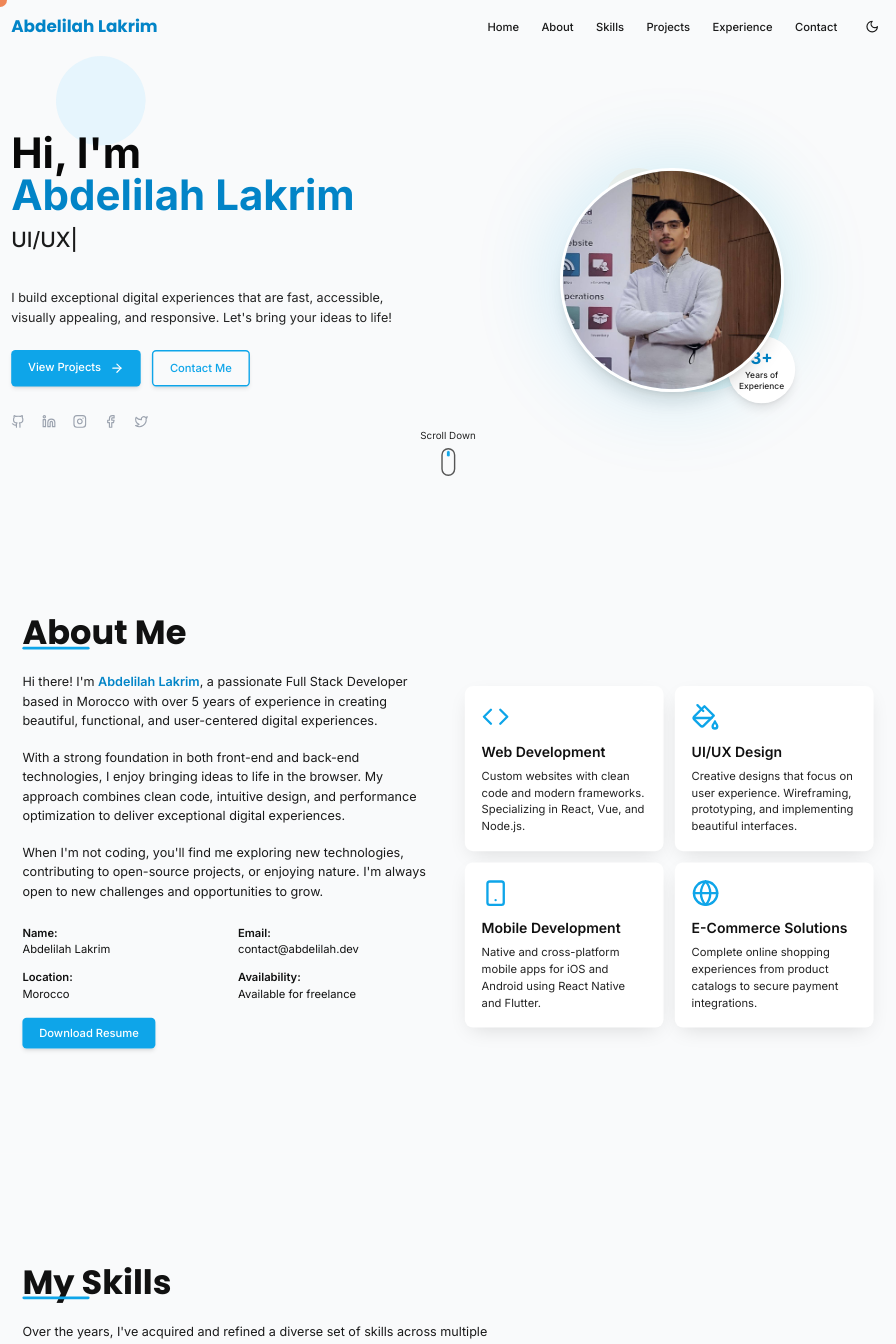
Repository: Abdelilah-Lakrim/Personal_Portfolio
Page: /
These files come from the project's save history. The page is drawn as it stood at one moment and after a run of saves; the edit follows.
The browser window is 1280 px wide. The pictures show the part of the page from y = 0 to 1920 px (the page is 7905 px tall), at 70% of full size.
The project was rebuilt for these pictures with package versions that can differ from the ones it lists, and the page was loaded fresh each time. Also part of the build but not shown: vite.config.ts.

Above is the page before, as saved 2025-05-21 12:32:50.

### index.html
<!doctype html>
<html lang="en">
  <head>
    <meta charset="UTF-8" />
    <link rel="icon" type="image/svg+xml" href="/favicon.svg" />
    <meta name="viewport" content="width=device-width, initial-scale=1.0" />
    <meta name="description" content="Abdelilah Lakrim - Full Stack Developer Portfolio">
    <title>Abdelilah Lakrim | Full Stack Developer</title>
  </head>
  <body>
    <div id="root"></div>
    <script type="module" src="/src/main.tsx"></script>
  </body>
</html>

### src/App.tsx
import React, { useEffect, useState } from 'react';
import Header from './components/Header';
import Hero from './components/Hero';
import About from './components/About';
import Projects from './components/Projects';
import Experience from './components/Experience';
import Skills from './components/Skills';
import Contact from './components/Contact';
import Footer from './components/Footer';
import Cursor from './components/Cursor';
import ScrollToTop from './components/ScrollToTop';

// Import smooth scrolling
import Lenis from '@studio-freight/lenis';

function App() {
  const [mounted, setMounted] = useState(false);

  useEffect(() => {
    // Initialize smooth scrolling
    const lenis = new Lenis({
      duration: 1.2,
      easing: (t) => Math.min(1, 1.001 - Math.pow(2, -10 * t)),
      orientation: 'vertical',
      gestureOrientation: 'vertical',
      smoothWheel: true,
      smoothTouch: false,
      touchMultiplier: 2,
    });

    function raf(time: number) {
      lenis.raf(time);
      requestAnimationFrame(raf);
    }

    requestAnimationFrame(raf);

    // Add intersection observer for animation on scroll
    const observer = new IntersectionObserver(
      (entries) => {
        entries.forEach((entry) => {
          if (entry.isIntersecting) {
            entry.target.classList.add('animate-visible');
          }
        });
      },
      { threshold: 0.1 }
    );

    const hiddenElements = document.querySelectorAll('.animate-hidden');
    hiddenElements.forEach((el) => observer.observe(el));

    setMounted(true);

    return () => {
      // Cleanup
      hiddenElements.forEach((el) => observer.unobserve(el));
    };
  }, []);

  return (
    <div className="hidden-cursor min-h-screen bg-gray-50">
      {mounted && <Cursor />}
      <Header />
      <main>
        <Hero />
        <About />
        <Skills />
        <Projects />
        <Experience />
        <Contact />
      </main>
      <Footer />
      <ScrollToTop />
    </div>
  );
}

export default App;

### src/index.css
@import url('https://fonts.googleapis.com/css2?family=Inter:wght@300;400;500;600;700&family=Poppins:wght@500;600;700&display=swap');

@tailwind base;
@tailwind components;
@tailwind utilities;

:root {
  --cursor-color: rgba(14, 165, 233, 0.7);
}

* {
  margin: 0;
  padding: 0;
  box-sizing: border-box;
  scroll-behavior: smooth;
}

body {
  @apply bg-gray-50 text-dark-800 font-sans overflow-x-hidden;
}

/* Custom cursor styles */
.custom-cursor {
  position: fixed;
  width: 20px;
  height: 20px;
  border-radius: 50%;
  background-color: var(--cursor-color);
  transform: translate(-50%, -50%);
  pointer-events: none;
  z-index: 9999;
  mix-blend-mode: difference;
  transition: transform 0.2s ease-out, opacity 0.2s ease-out, width 0.2s ease-out, height 0.2s ease-out;
}

.custom-cursor.hover {
  width: 50px;
  height: 50px;
  opacity: 0.5;
}

.hidden-cursor {
  cursor: none;
}

/* Custom scrollbar */
::-webkit-scrollbar {
  width: 8px;
}

::-webkit-scrollbar-track {
  @apply bg-gray-100;
}

::-webkit-scrollbar-thumb {
  @apply bg-primary-500 rounded-full;
}

::-webkit-scrollbar-thumb:hover {
  @apply bg-primary-600;
}

/* Section styles */
.section-container {
  @apply max-w-7xl mx-auto px-4 sm:px-6 lg:px-8 py-20;
}

.section-title {
  @apply text-3xl md:text-4xl lg:text-5xl font-bold font-heading mb-8 text-dark-800 relative;
}

.section-title::after {
  content: '';
  @apply absolute bottom-0 left-0 w-24 h-1 bg-primary-500 mt-2 rounded-full;
}

/* Button styles */
.btn-primary {
  @apply px-6 py-3 bg-primary-500 text-white font-medium rounded-md shadow-md hover:bg-primary-600 transition-all duration-300 transform hover:-translate-y-1 focus:outline-none focus:ring-2 focus:ring-primary-400 focus:ring-opacity-50;
}

.btn-secondary {
  @apply px-6 py-3 bg-transparent border-2 border-primary-500 text-primary-500 font-medium rounded-md shadow-md hover:bg-primary-50 transition-all duration-300 transform hover:-translate-y-1 focus:outline-none focus:ring-2 focus:ring-primary-400 focus:ring-opacity-50;
}

/* 3D card effect */
.tilt-card {
  @apply relative overflow-hidden rounded-xl shadow-smooth bg-white p-6 transition-all duration-300 hover:shadow-neon;
  transform-style: preserve-3d;
  transform: perspective(1000px);
}

.skill-bar {
  @apply h-2 rounded-full bg-gray-200 overflow-hidden mt-2;
}

.skill-progress {
  @apply h-full bg-primary-500 rounded-full;
  transition: width 1.5s ease-in-out;
}

/* Animation classes */
.animate-hidden {
  opacity: 0;
  transform: translateY(30px);
}

.animate-visible {
  opacity: 1;
  transform: translateY(0);
  transition: opacity 0.8s ease, transform 0.8s ease;
}

/* Project card styles */
.project-card {
  @apply relative overflow-hidden rounded-xl shadow-smooth transition-all duration-300;
  transform-style: preserve-3d;
  transform: perspective(1000px);
}

.project-card img {
  @apply transition-all duration-500;
}

.project-card:hover img {
  @apply scale-105;
}

.project-card-content {
  @apply absolute inset-0 p-6 flex flex-col justify-end bg-gradient-to-t from-dark-900/80 to-transparent text-white opacity-0 transition-all duration-300;
}

.project-card:hover .project-card-content {
  @apply opacity-100;
}

/* Timeline styles */
.timeline-container {
  @apply relative;
}

.timeline-container::before {
  content: '';
  @apply absolute left-0 md:left-1/2 h-full w-0.5 bg-primary-200 transform md:-translate-x-1/2;
}

.timeline-item {
  @apply relative pt-10 pb-10;
}

.timeline-dot {
  @apply absolute left-0 md:left-1/2 w-4 h-4 rounded-full bg-primary-500 border-4 border-white shadow-md transform md:-translate-x-1/2 z-10;
}

.timeline-content {
  @apply ml-6 md:ml-0 md:w-5/12 p-6 bg-white rounded-xl shadow-smooth transition-all duration-300 hover:shadow-neon;
}

.timeline-item:nth-child(even) .timeline-content {
  @apply md:ml-auto md:mr-0;
}

.timeline-item:nth-child(odd) .timeline-content {
  @apply md:mr-auto md:ml-0;
}

### src/components/Hero.tsx
import React, { useEffect, useRef } from 'react';
import { motion } from 'framer-motion';
import { TypeAnimation } from 'react-type-animation';
import { ArrowRight, Facebook, Github as GitHub, Instagram, Linkedin, Twitter } from 'lucide-react';
import gsap from 'gsap';

const Hero: React.FC = () => {
  const heroRef = useRef<HTMLDivElement>(null);

  // Parallax effect on mouse move
  useEffect(() => {
    const handleMouseMove = (e: MouseEvent) => {
      if (!heroRef.current) return;

      const { clientX, clientY } = e;
      const { innerWidth, innerHeight } = window;

      // Calculate how far the mouse has moved from the center as a percentage
      const moveX = (clientX - innerWidth / 2) / (innerWidth / 2);
      const moveY = (clientY - innerHeight / 2) / (innerHeight / 2);

      // Apply parallax effect to elements
      const elements = heroRef.current.querySelectorAll('.parallax');
      elements.forEach((el, index) => {
        const htmlEl = el as HTMLElement;
        const factor = index * 5 + 15;
        gsap.to(htmlEl, {
          x: moveX * factor,
          y: moveY * factor,
          duration: 1,
          ease: 'power1.out'
        });
      });
    };

    window.addEventListener('mousemove', handleMouseMove);

    return () => {
      window.removeEventListener('mousemove', handleMouseMove);
    };
  }, []);

  return (
    <section
      id="home"
      ref={heroRef}
      className="relative min-h-screen flex items-center justify-center overflow-hidden"
    >
      {/* Background elements */}
      <div className="absolute inset-0 z-0">
        <div className="parallax absolute top-20 left-20 w-32 h-32 rounded-full bg-primary-200 opacity-30"></div>
        <div className="parallax absolute bottom-40 right-40 w-60 h-60 rounded-full bg-secondary-200 opacity-20"></div>
        <div className="parallax absolute top-1/3 right-1/4 w-24 h-24 rounded-full bg-accent-200 opacity-20"></div>
      </div>

      <div className="container mx-auto px-4 z-10 pt-20">
        <div className="grid grid-cols-1 lg:grid-cols-2 gap-8 items-center">
          {/* Hero Content */}
          <motion.div
            initial={{ opacity: 0, y: 50 }}
            animate={{ opacity: 1, y: 0 }}
            transition={{ duration: 0.8, ease: "easeOut" }}
            className="text-center lg:text-left"
          >
            <h1 className="text-4xl sm:text-5xl md:text-6xl font-bold mb-4 text-dark-900 leading-tight">
              <span className="block">Hi, I'm</span>
              <span className="text-primary-600">Abdelilah Lakrim</span>
            </h1>
            <div className="text-xl sm:text-2xl md:text-3xl text-dark-700 mb-6 h-16">
              <TypeAnimation
                sequence={[
                  'Full Stack Developer',
                  2000,
                  'UI/UX Designer',
                  2000,
                  'Mobile Developer',
                  2000,
                  'Freelancer',
                  2000,
                ]}
                wrapper="div"
                speed={50}
                repeat={Infinity}
                className="font-medium"
              />
            </div>
            <p className="text-lg text-dark-600 mb-8 max-w-xl mx-auto lg:mx-0">
              I build exceptional digital experiences that are fast, accessible, visually appealing, and responsive. Let's bring your ideas to life!
            </p>

            {/* CTA Buttons */}
            <div className="flex flex-col sm:flex-row justify-center lg:justify-start space-y-4 sm:space-y-0 sm:space-x-4">
              <a href="#projects" className="btn-primary">
                View Projects <ArrowRight className="inline-block ml-2 w-5 h-5" />
              </a>
              <a href="#contact" className="btn-secondary">
                Contact Me
              </a>
            </div>

            {/* Social Media Links */}
            <div className="mt-10 flex justify-center lg:justify-start space-x-6">
              <a
                href="https://github.com/Abdelilah-Lakrim"
                target="_blank"
                rel="noopener noreferrer"
                className="text-gray-400 hover:text-primary-400 transition-colors"
              >
                <GitHub className="w-5 h-5" />
              </a>
              <a
                href="https://www.linkedin.com/in/abdelilah-lakrim/"
                target="_blank"
                rel="noopener noreferrer"
                className="text-gray-400 hover:text-primary-400 transition-colors"
              >
                <Linkedin className="w-5 h-5" />
              </a>
              <a
                href="https://www.instagram.com/abdelilahlakrim/"
                target="_blank"
                rel="noopener noreferrer"
                className="text-gray-400 hover:text-primary-400 transition-colors"
              >
                <Instagram className="w-5 h-5" />
              </a>
              <a
                href="https://www.facebook.com/abdelilah.lakrim.9/"
                target="_blank"
                rel="noopener noreferrer"
                className="text-gray-400 hover:text-primary-400 transition-colors"
              >
                <Facebook className="w-5 h-5" />
              </a>
              <a
                href="https://x.com/LakrimAbdelilah"
                target="_blank"
                rel="noopener noreferrer"
                className="text-gray-400 hover:text-primary-400 transition-colors"
              >
                <Twitter className="w-5 h-5" />
              </a>
            </div>
          </motion.div>

          {/* Hero Image */}
          <motion.div
            initial={{ opacity: 0, scale: 0.8 }}
            animate={{ opacity: 1, scale: 1 }}
            transition={{ duration: 0.8, ease: "easeOut", delay: 0.2 }}
            className="flex justify-center"
          >
            <div className="relative">
              <div className="absolute inset-0 bg-gradient-to-r from-primary-500 to-secondary-500 rounded-full blur-3xl opacity-20"></div>
              <img src="public/image/Portrait.jpg" className="relative z-50 w-64 h-64 sm:w-80 sm:h-80 rounded-full border-4 border-white shadow-xl"/>
              <div className="absolute -bottom-4 -right-4 w-24 h-24 bg-white rounded-full flex items-center justify-center shadow-lg z-20">
                <div className="text-xs font-medium text-center">
                  <span className="block text-primary-600 font-bold text-2xl">3+</span>
                  <span className="text-dark-600">Years of<br/>Experience</span>
                </div>
              </div>
            </div>
          </motion.div>
        </div>
      </div>

      {/* Scroll indicator */}
      <div className="absolute bottom-10 left-1/2 transform -translate-x-1/2 flex flex-col items-center">
        <span className="text-dark-600 text-sm mb-2">Scroll Down</span>
        <div className="w-5 h-10 border-2 border-dark-400 rounded-full flex justify-center">
          <div className="w-1 h-2 bg-primary-500 rounded-full mt-1 animate-bounce"></div>
        </div>
      </div>
    </section>
  );
};

export default Hero;

### src/components/Cursor.tsx
import React, { useEffect, useState } from 'react';

const Cursor: React.FC = () => {
  const [position, setPosition] = useState({ x: 0, y: 0 });
  const [hidden, setHidden] = useState(false);
  const [clicked, setClicked] = useState(false);
  const [hovering, setHovering] = useState(false);

  useEffect(() => {
    const updatePosition = (e: MouseEvent) => {
      setPosition({ x: e.clientX, y: e.clientY });
    };

    const handleMouseEnter = () => setHidden(false);
    const handleMouseLeave = () => setHidden(true);
    const handleMouseDown = () => setClicked(true);
    const handleMouseUp = () => setClicked(false);

    const handleLinkHover = () => setHovering(true);
    const handleLinkLeave = () => setHovering(false);

    // Add event listeners
    window.addEventListener('mousemove', updatePosition);
    document.body.addEventListener('mouseenter', handleMouseEnter);
    document.body.addEventListener('mouseleave', handleMouseLeave);
    window.addEventListener('mousedown', handleMouseDown);
    window.addEventListener('mouseup', handleMouseUp);

    // Add hover effect for links and buttons
    const interactiveElements = document.querySelectorAll('a, button, .tilt-card, .project-card');
    interactiveElements.forEach(el => {
      el.addEventListener('mouseenter', handleLinkHover);
      el.addEventListener('mouseleave', handleLinkLeave);
    });

    return () => {
      window.removeEventListener('mousemove', updatePosition);
      document.body.removeEventListener('mouseenter', handleMouseEnter);
      document.body.removeEventListener('mouseleave', handleMouseLeave);
      window.removeEventListener('mousedown', handleMouseDown);
      window.removeEventListener('mouseup', handleMouseUp);

      interactiveElements.forEach(el => {
        el.removeEventListener('mouseenter', handleLinkHover);
        el.removeEventListener('mouseleave', handleLinkLeave);
      });
    };
  }, []);

  const cursorStyle = {
    left: `${position.x}px`,
    top: `${position.y}px`,
    transform: `translate(-50%, -50%) scale(${clicked ? 0.8 : 1})`,
    opacity: hidden ? 0 : 1,
  };

  const cursorClass = `custom-cursor ${hovering ? 'hover' : ''}`;

  return <div className={cursorClass} style={cursorStyle}></div>;
};

export default Cursor;

### src/components/ScrollToTop.tsx
import React, { useEffect, useState } from 'react';
import { ArrowUp } from 'lucide-react';

const ScrollToTop: React.FC = () => {
  const [isVisible, setIsVisible] = useState(false);

  useEffect(() => {
    const toggleVisibility = () => {
      if (window.scrollY > 500) {
        setIsVisible(true);
      } else {
        setIsVisible(false);
      }
    };

    window.addEventListener('scroll', toggleVisibility);

    return () => window.removeEventListener('scroll', toggleVisibility);
  }, []);

  const scrollToTop = () => {
    window.scrollTo({
      top: 0,
      behavior: 'smooth',
    });
  };

  return (
    <button
      onClick={scrollToTop}
      className={`fixed bottom-8 right-8 p-3 rounded-full bg-primary-500 text-white shadow-lg hover:bg-primary-600 transition-all duration-300 z-50 ${
        isVisible ? 'opacity-100 translate-y-0' : 'opacity-0 translate-y-10 pointer-events-none'
      }`}
      aria-label="Scroll to top"
    >
      <ArrowUp className="w-6 h-6" />
    </button>
  );
};

export default ScrollToTop;

Loaded but not shown: src/main.tsx (common file); tailwind.config.js (95 lines, source omitted); src/components/Projects.tsx (249 lines, source omitted); src/components/Contact.tsx (241 lines, source omitted); src/components/Experience.tsx (189 lines, source omitted); src/components/Footer.tsx (154 lines, source omitted); src/components/Skills.tsx (161 lines, source omitted); src/components/Header.tsx (145 lines, source omitted); src/components/About.tsx (112 lines, source omitted)

After the next 2 saves:
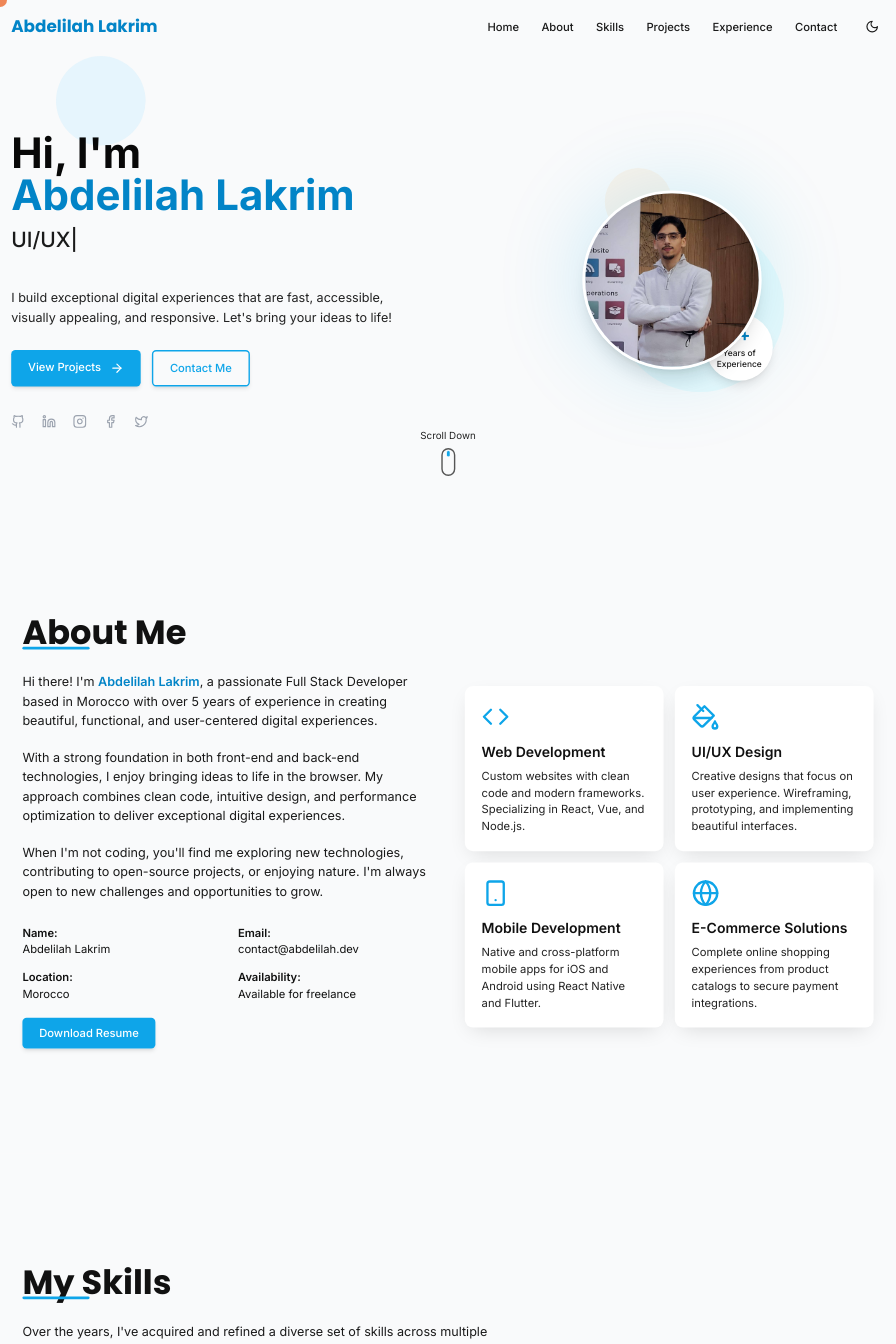
The 2 saves are shown as one change because they came seconds apart.
The last was saved 7 s later.
--- a/src/components/Hero.tsx
+++ b/src/components/Hero.tsx
@@ -152,7 +152,7 @@
           >
             <div className="relative">
               <div className="absolute inset-0 bg-gradient-to-r from-primary-500 to-secondary-500 rounded-full blur-3xl opacity-20"></div>
-              <img src="public/image/Portrait.jpg" className="relative z-50 w-64 h-64 sm:w-80 sm:h-80 rounded-full border-4 border-white shadow-xl"/>
+              <img src="public/image/Portrait.jpg" className="relative z-50 w-64 h-64 sm:w-280 sm:h-280 rounded-full border-4 border-white shadow-xl"/>
               <div className="absolute -bottom-4 -right-4 w-24 h-24 bg-white rounded-full flex items-center justify-center shadow-lg z-20">
                 <div className="text-xs font-medium text-center">
                   <span className="block text-primary-600 font-bold text-2xl">3+</span>

After the save that followed:
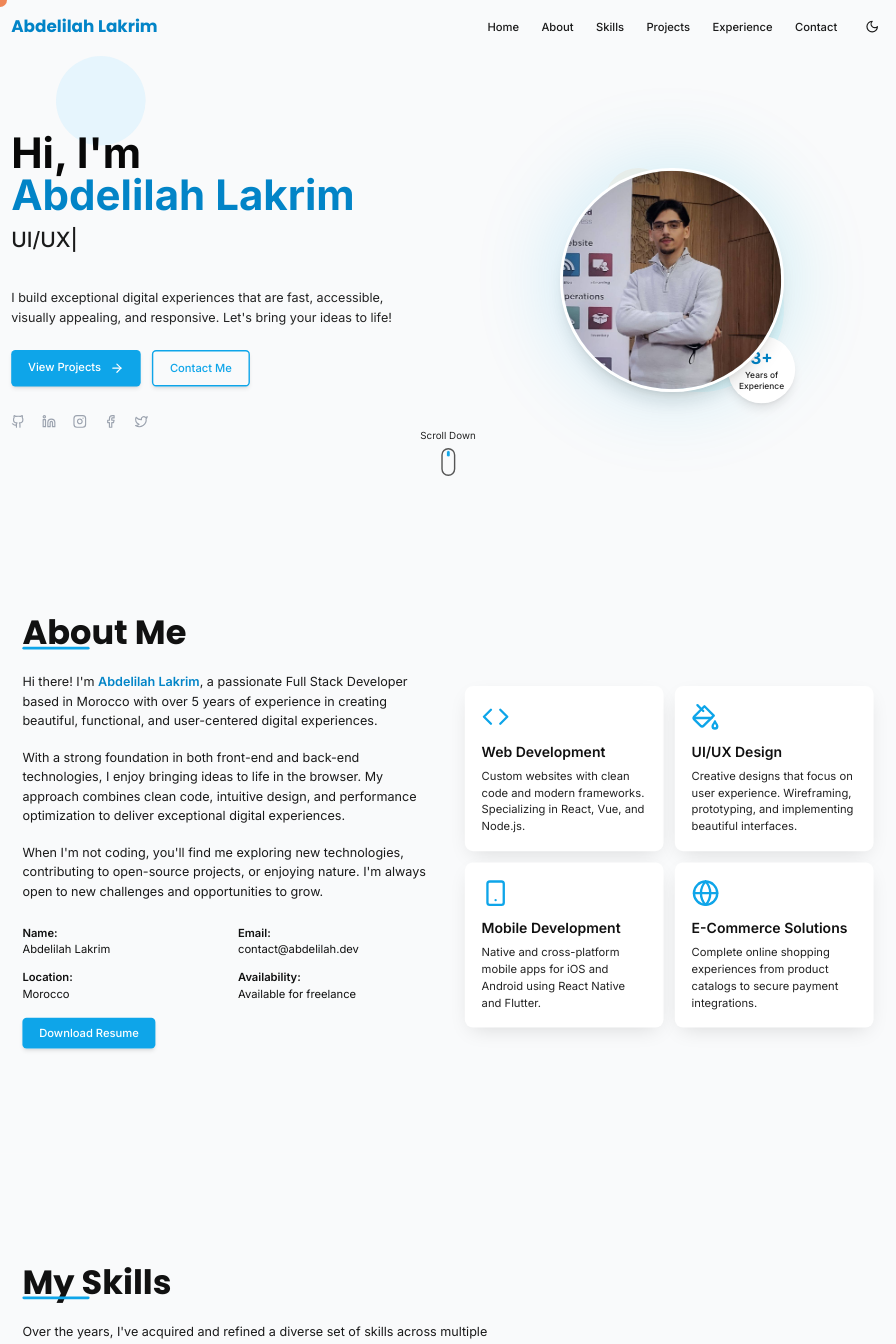
Saved 9 s later.
--- a/src/components/Hero.tsx
+++ b/src/components/Hero.tsx
@@ -152,7 +152,7 @@
           >
             <div className="relative">
               <div className="absolute inset-0 bg-gradient-to-r from-primary-500 to-secondary-500 rounded-full blur-3xl opacity-20"></div>
-              <img src="public/image/Portrait.jpg" className="relative z-50 w-64 h-64 sm:w-280 sm:h-280 rounded-full border-4 border-white shadow-xl"/>
+              <img src="public/image/Portrait.jpg" className="relative z-50 w-64 h-64 sm:w-80 sm:h-80 rounded-full border-4 border-white shadow-xl"/>
               <div className="absolute -bottom-4 -right-4 w-24 h-24 bg-white rounded-full flex items-center justify-center shadow-lg z-20">
                 <div className="text-xs font-medium text-center">
                   <span className="block text-primary-600 font-bold text-2xl">3+</span>
